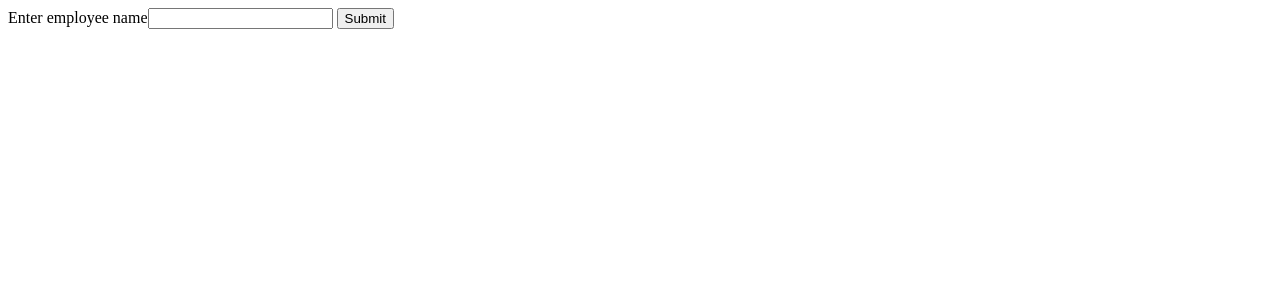
Repository: RushikeshChendake/Crud-Application
Page: Servlet_JSP-Crude/WebContent/insert.html
These files come from the project's save history. The page is drawn as it stood at one moment and after the next save; the edit follows.
The browser window is 1280 px wide. The pictures show the whole page.

Above is the page before, as saved 2022-12-26 05:24:09.

### Servlet_JSP-Crude/WebContent/insert.html
<!DOCTYPE html>
<html>
<head>
<meta charset="ISO-8859-1">
<title>Insert title here</title>
</head>
<body>
<form action="insert" method="post">
Enter employee name<input type="text" name="empname">
<input type ="submit">
</form>
</body>
</html>

After the next save:
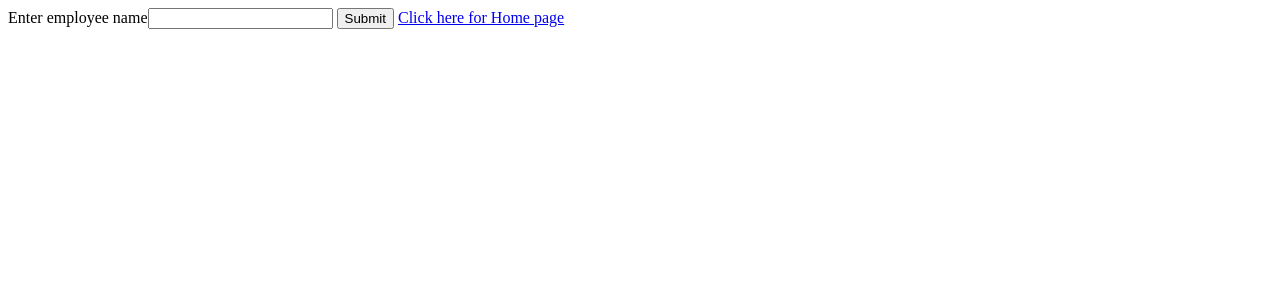
Saved 103 s later.
--- a/Servlet_JSP-Crude/WebContent/insert.html
+++ b/Servlet_JSP-Crude/WebContent/insert.html
@@ -8,6 +8,7 @@
 <form action="insert" method="post">
 Enter employee name<input type="text" name="empname">
 <input type ="submit">
+<a href="index.html">Click here for Home page</a>
 </form>
 </body>
 </html>
